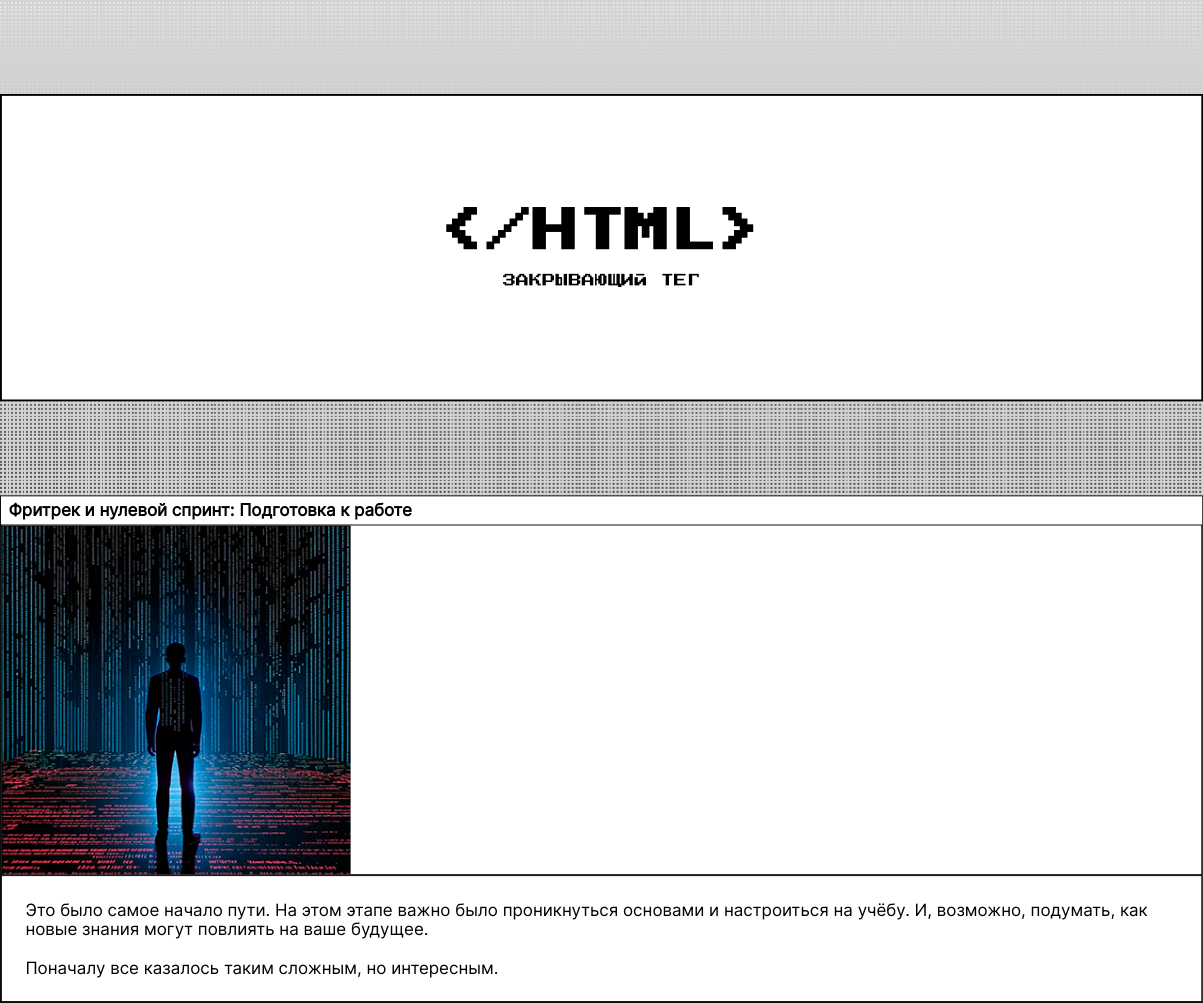
Repository: NikWolf75/zakrivayuschiy-teg-f
Page: index.html
These files come from the project's save history. The page is drawn as it stood at one moment and after the next save; the edit follows.
The browser window is 1280 px wide. The pictures show the whole page, at 94% of full size.
Backgrounds fixed to the window are drawn as part of the page.

Above is the page before, as saved 2025-03-16 17:38:21.

After the next save:
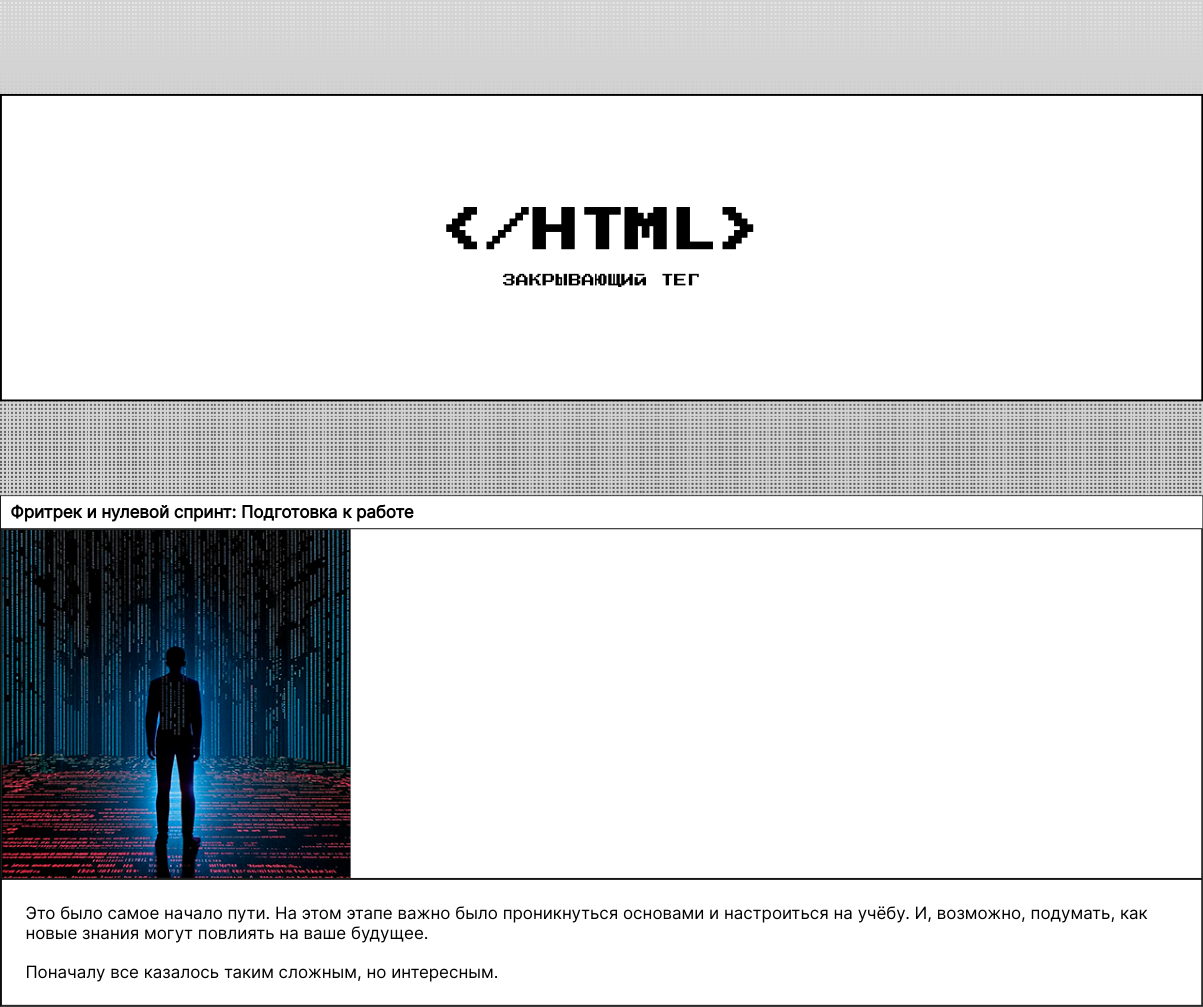
Saved 4 min 55 s later.
--- a/styles/style.css
+++ b/styles/style.css
@@ -66,7 +66,7 @@
   font-family: var(--font-title-Inter);
   font-weight: var(--font-weight-bold);
   font-size: 18px;
-  border: 2px var(--backround-color: #fff) solid;
+  border: 2px var(--backround-color) solid;
   padding: 4px 8px;
   line-height: 1.2;
 }
